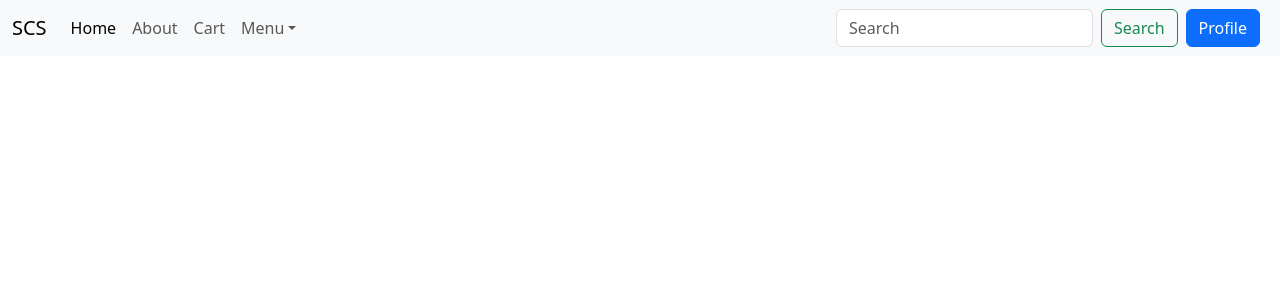
Repository: gitYash03/smart-canteen-system
Page: /
An editor plug-in stored every save of this project. The page is shown before and after the next save, followed by the edit.
The browser window is 1280 px wide. The pictures show the whole page.
The project was rebuilt for these pictures with package versions that can differ from the ones it lists, and the page was loaded fresh each time. Also part of the build but not shown: src/App.css.

Above is the page before, as saved 2023-08-09 12:44:26.

After the next save:
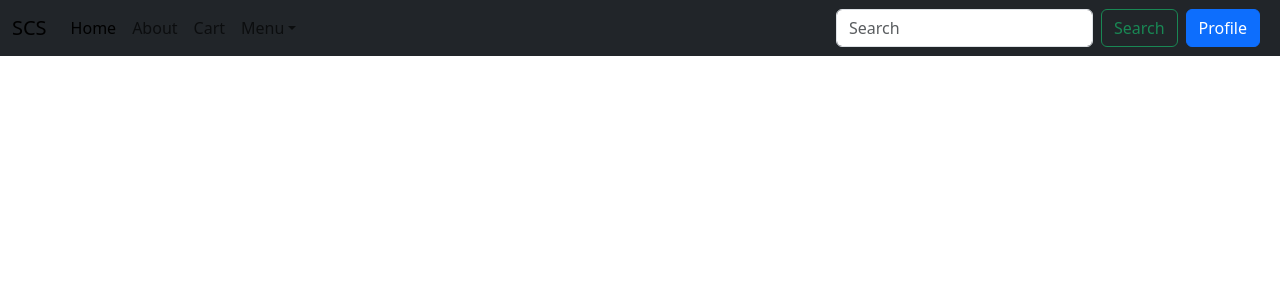
Saved 2 min 21 s later.
--- a/src/Components/Navbar.js
+++ b/src/Components/Navbar.js
@@ -3,7 +3,7 @@
 export default function Navbar() {
   return (
     <>
-    <nav className="navbar navbar-expand-lg bg-body-tertiary">
+    <nav className="navbar navbar-expand-lg bg-dark">
         <div className="container-fluid">
             <a className="navbar-brand" href="/">SCS</a>
             <button className="navbar-toggler" type="button" data-bs-toggle="collapse" data-bs-target="/navbarSupportedContent" aria-controls="navbarSupportedContent" aria-expanded="false" aria-label="Toggle navigation">
